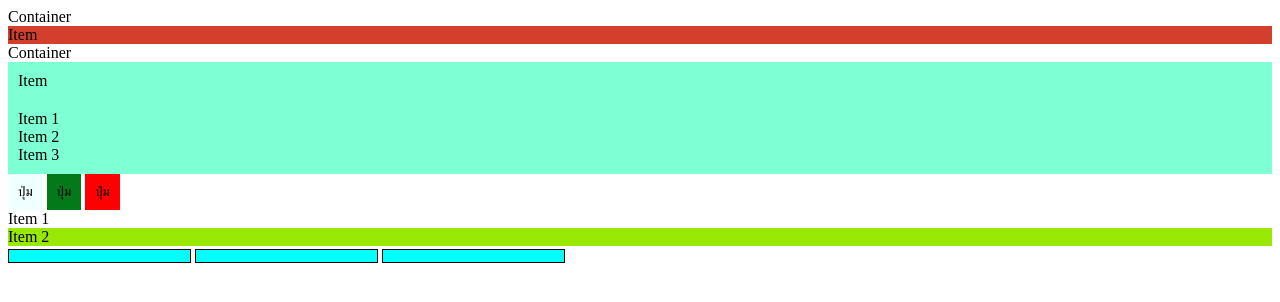
Repository: Onpreeya1/241-2567-820-
Page: index2.html
These files come from the project's save history. The page is drawn as it stood at one moment and after the next save; the edit follows.
The browser window is 1280 px wide. The pictures show the whole page.

Above is the page before, as saved 2024-12-23 15:07:46.

### index2.html
<!DOCTYPE html>
<html lang="en">
<head>
    <meta charset="UTF-8">
    <meta name="viewport" content="width=device-width, initial-scale=1.0">
    <title>Document</title>
    <style>
        .container .item{
            background-color: rgb(212, 62, 45);
        }
        .main-container >  .item{
            background-color: aquamarine;
            padding: 10px;
        }
        .button{
            background-color: azure;
            border: 0px;
            padding:  10px;
        }
        .button.active{
            background-color: rgb(4, 121, 25);
        }
        .button.danger{
            background-color: red;
        }
        .item1 + .item2{
            background-color: rgb(153, 232, 6);
        }
        input[ type=text ]{
            background-color: aqua;
            border: 1px solid black;
            height: 10px ;
        }
    </style>
</head>
<body>
    <!--1. item เป็นลูกของ container-->
    <div class="container">
        Container
        <div class="item">
            Item
        </div>
    </div>

    <!--2. item เป็นลูกของ container เเค่ชั้นเดียว -->
    <div class="main-container">
        Container
        <div class="item">
           Item
            </div>
        <div class="item 1">
            Item 1
        <div class="item 2 ">
            Item 2
            </div>
        <div class="item 3" >
            Item 3
            </div>
        </div>
    </div>
    <!--3. มี class ติดกัน-->
    <button class="button">ปุ่ม</button>
    <button class="button active">ปุ่ม</button>
    <button class="button danger">ปุ่ม</button>

    <!--4.เพื่อนกัน (adjecent)-->
    <div class="item1">Item 1</div>
    <div class="item2">Item 2</div>

    <!--5.attribute selector-->
    <input type="text" name="username">
    <input type="text" name="password">
    <input type="text" name="email">

</body>
</html>

After the next save:
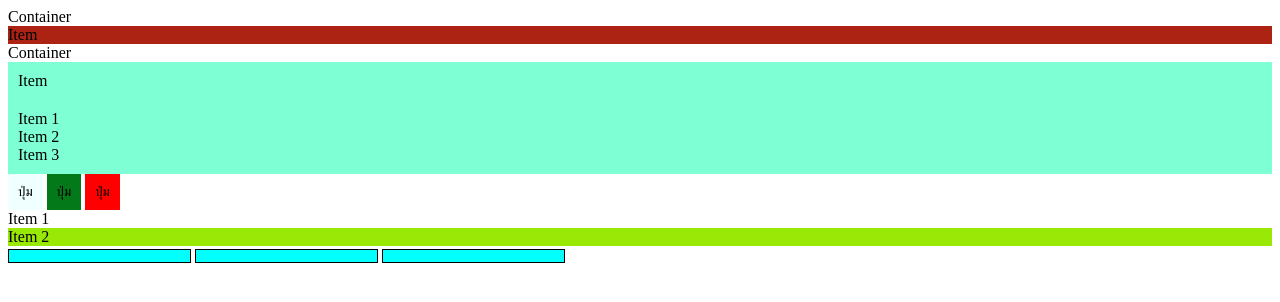
Saved 4 s later.
--- a/index2.html
+++ b/index2.html
@@ -6,7 +6,7 @@
     <title>Document</title>
     <style>
         .container .item{
-            background-color: rgb(212, 62, 45);
+            background-color: rgb(172, 34, 19);
         }
         .main-container >  .item{
             background-color: aquamarine;
